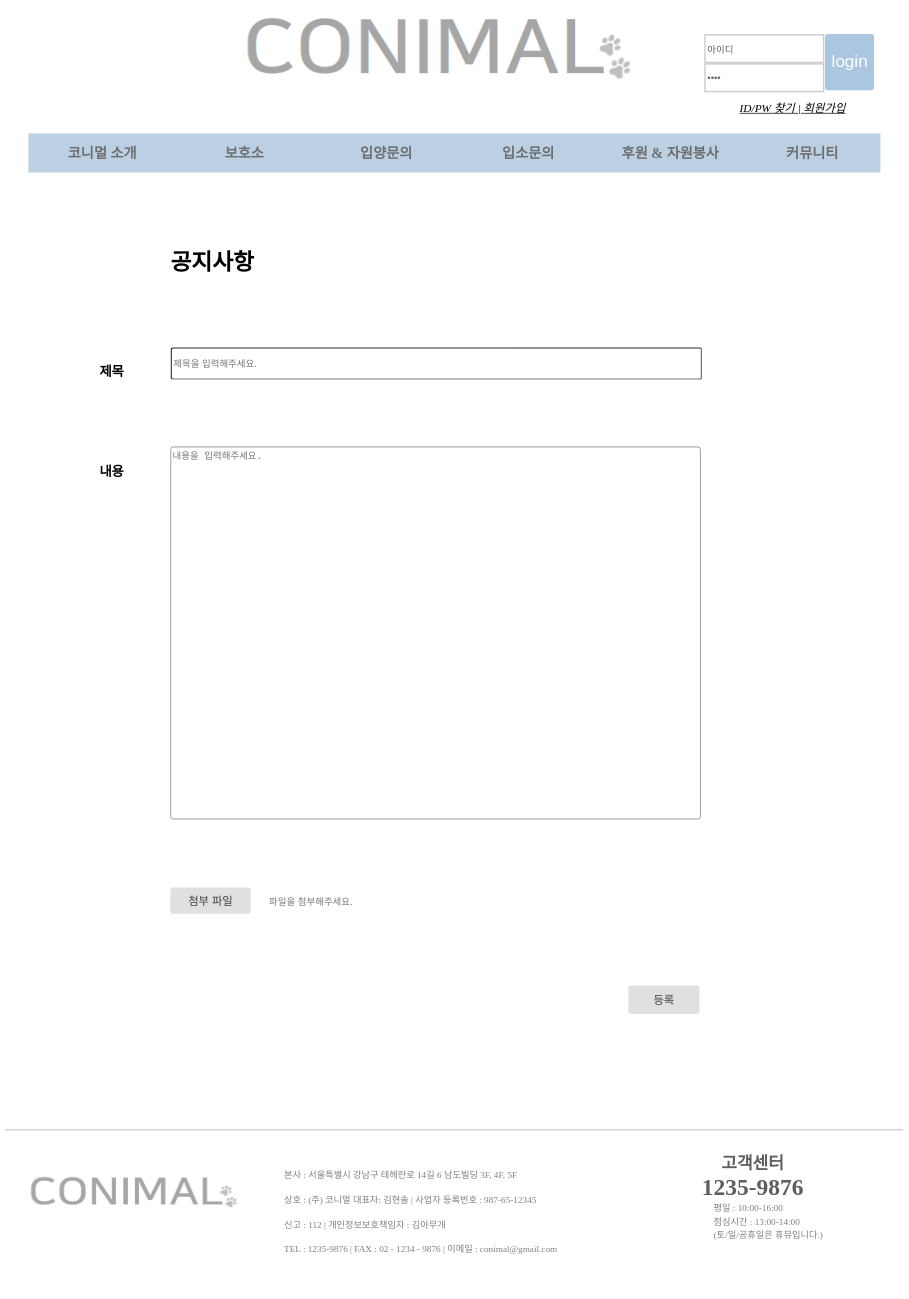
Repository: rlagusthf12/SemiProject
Page: http://localhost/jspProject/
An editor plug-in stored every save of this project. The page is shown before and after the next save, followed by the edit.
The browser window is 1280 px wide. The pictures show the whole page, at 71% of full size.
The page is served by Tomcat 9.

Above is the page before, as saved 2021-05-18 08:16:36.

After the next save:
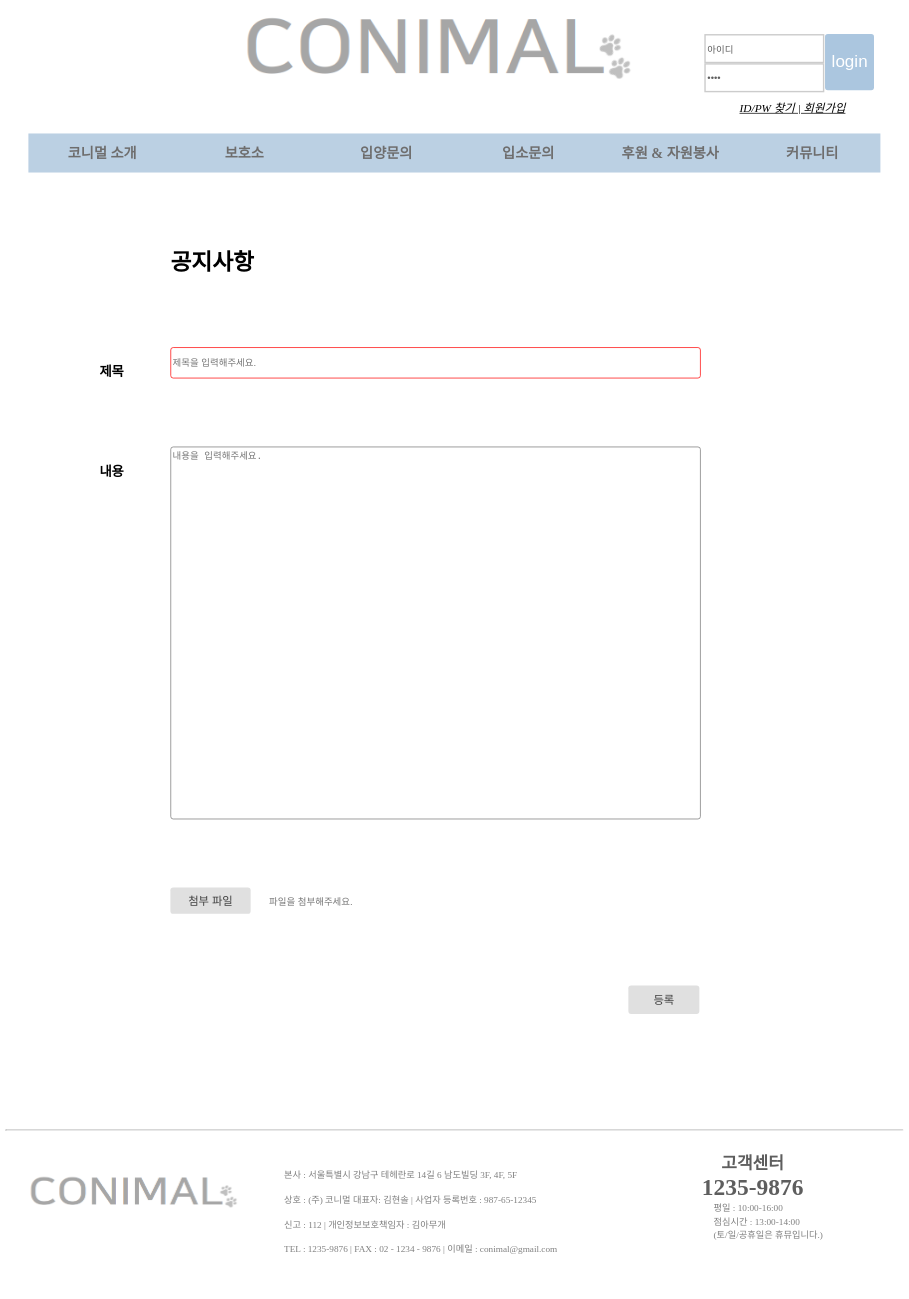
Saved 15 s later.
--- a/jspProject/WebContent/views/notice/writeNotice.jsp
+++ b/jspProject/WebContent/views/notice/writeNotice.jsp
@@ -28,6 +28,7 @@ margin:100px;
 width:100%;
 height:100%;
 border-radius:4px;
+border:1px solid red;
 }
 
 .content{
